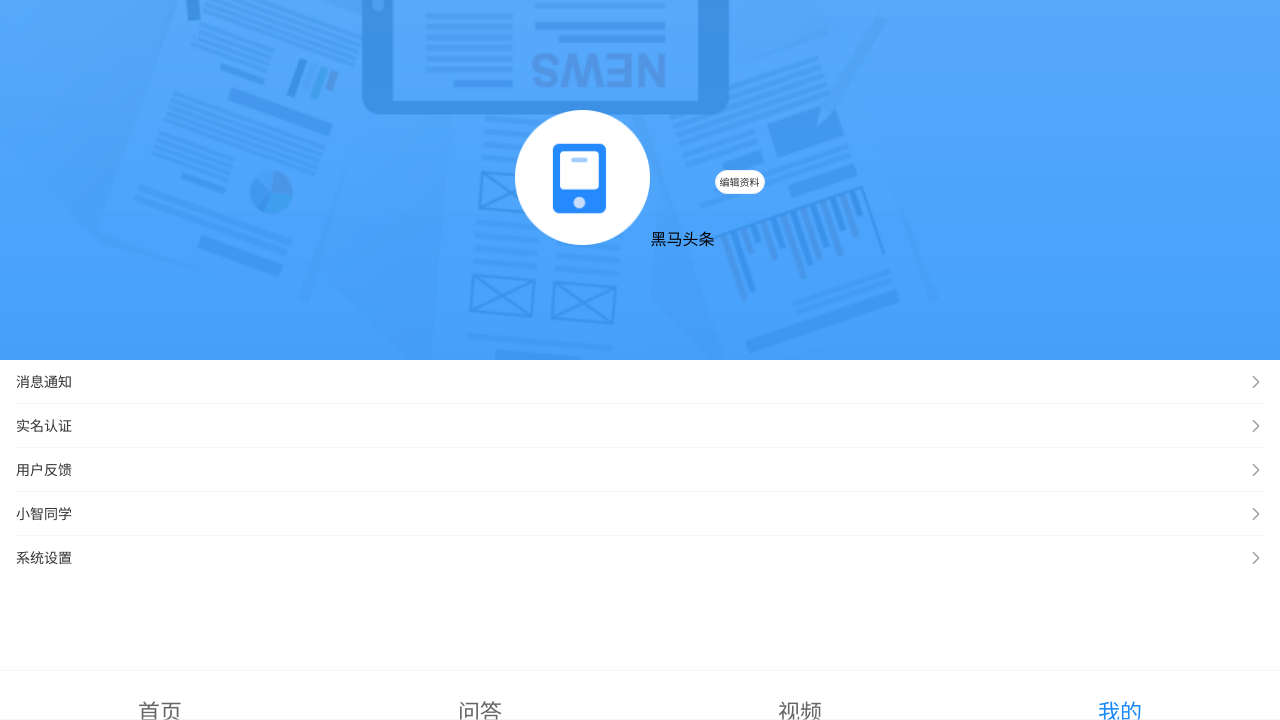
Repository: Tsukiau/yj-toutiao-m
Page: /#/my
An editor plug-in stored every save of this project. The page is shown before and after a run of saves, followed by the edit.
The browser window is 1280 px wide. The pictures show the whole page.
Some web fonts or font styles are not loaded; a fallback is used. The project was rebuilt for these pictures with package versions that can differ from the ones it lists, and the page was loaded fresh each time. Also part of the build but not shown: vue.config.js.

Above is the page before, as saved 2022-11-06 14:45:50.

### src/main.js
import Vue from 'vue'
import App from './App.vue'
import router from './router'
import store from './store'

import Vant from 'vant'
import 'vant/lib/index.css'
import 'amfe-flexible'

// 导入全局的样式文件
import './css/index.css'
Vue.use(Vant)
Vue.config.productionTip = false

new Vue({
  router,
  store,
  render: h => h(App)
}).$mount('#app')

### src/App.vue
<template>
  <div id="app">
    <router-view></router-view>
  </div>
</template>

<style lang="less">
</style>

### src/router/index.js
import Vue from 'vue'
import VueRouter from 'vue-router'

Vue.use(VueRouter)

const routes = [
  {
    path: '/',
    redirect: '/layout'
  },
  {
    path: '/login',
    name: 'login',
    component: () => import('@/views/login')
  },
  {
    path: '/layout',
    name: 'layout',
    component: () => import('@/views/layout'),
    children: [
      {
        path: '/home',
        name: 'home',
        component: () => import('@/views/home')
      },
      {
        path: '/my',
        name: 'my',
        component: () => import('@/views/my')
      },
      {
        path: '/ask',
        name: 'ask',
        component: () => import('@/views/ask')
      },
      {
        path: '/video',
        name: 'video',
        component: () => import('@/views/video')
      }
    ]
  },

]

const router = new VueRouter({
  routes
})

export default router

### src/store/index.js
import Vue from 'vue'
import Vuex from 'vuex'

import user from './modules/user'
Vue.use(Vuex)

export default new Vuex.Store({
   modules: {
     user
   }

})

### src/css/index.css
@font-face {
  font-family: "iconfont";
  /* Project id 3671134 */
  src: url('//at.alicdn.com/t/c/font_3671134_2emfzv8sq1v.woff2?t=1664107686856') format('woff2'), url('//at.alicdn.com/t/c/font_3671134_2emfzv8sq1v.woff?t=1664107686856') format('woff'), url('//at.alicdn.com/t/c/font_3671134_2emfzv8sq1v.ttf?t=1664107686856') format('truetype');
}
.iconfont {
  font-family: "iconfont" !important;
  font-size: 16px;
  font-style: normal;
  -webkit-font-smoothing: antialiased;
  -moz-osx-font-smoothing: grayscale;
}
.icon-fenxiang:before {
  content: "\e60a";
}
.icon-zuopin:before {
  content: "\e60b";
}
.icon-pinglun1:before {
  content: "\e60c";
}
.icon-guanbi:before {
  content: "\e60d";
}
.icon-gengduo:before {
  content: "\e60e";
}
.icon-shanchu:before {
  content: "\e60f";
}
.icon-shouye1:before {
  content: "\e610";
}
.icon-shoucang:before {
  content: "\e611";
}
.icon-shouji1:before {
  content: "\e612";
}
.icon-zuojiantou:before {
  content: "\e613";
}
.icon-sousuo:before {
  content: "\e614";
}
.icon-dianzan:before {
  content: "\e615";
}
.icon-wenda:before {
  content: "\e616";
}
.icon-wuwangluo1:before {
  content: "\e617";
}
.icon-fenxiang1:before {
  content: "\e618";
}
.icon-dianzan2:before {
  content: "\e619";
}
.icon-shipin:before {
  content: "\e61a";
}
.icon-yanzhengma:before {
  content: "\e61b";
}
.icon-lishi1:before {
  content: "\e61c";
}
.icon-wode:before {
  content: "\e61d";
}
.icon-youjiantou:before {
  content: "\e61e";
}
.icon-zuopin1:before {
  content: "\e61f";
}
.icon-yuedu:before {
  content: "\e620";
}
.icon-pinglun:before {
  content: "\e601";
}
.icon-lishi:before {
  content: "\e602";
}
.icon-shouye:before {
  content: "\e603";
}
.icon-shouji:before {
  content: "\e604";
}
.icon-wuwangluo:before {
  content: "\e605";
}
.van-nav-bar {
  background-color: #3296fa;
}
.van-nav-bar /deep/ .van-nav-bar__title {
  color: #fff;
}

### src/views/layout/index.vue
<template>
  <div class="layout-container">

    <!-- 标签导航栏 -->
    <van-tabbar class="layout-tabbar"  route>
      <van-tabbar-item to="/">
        <i slot="icon" class="iconfont icon-shouye"></i>
        <span class="text">首页</span>
      </van-tabbar-item >
      <!--  -->
      <van-tabbar-item to="/ask">
        <i slot="icon" class="iconfont icon-wenda"></i>
        <span class="text">问答</span>
      </van-tabbar-item>
      <!--  -->
      <van-tabbar-item to="/video">
        <i slot="icon" class="iconfont icon-shipin"></i>
        <span class="text">视频</span>
      </van-tabbar-item>
      <!--  -->
      <van-tabbar-item to="/my">
        <i slot="icon" class="iconfont icon-wode"></i>
        <span class="text">我的</span>
      </van-tabbar-item>
    </van-tabbar>
    <router-view />
  </div>
</template>

<script>
export default {
  name: 'layou',
  data() {
    return {
    }
  }
}
</script>

<style lang="less" scoped>
.layout-container {
  .layout-tabbar {
    i.iconfont {
      font-size: 30px;
    }
    span.text {
      font-size: 22px;
    }
  }
}
</style>

### src/views/my/index.vue
<template>
  <div class="my-container">
    <div class="header userInfo">
      <div class="left">
        <img
        class="mobile-img"
        src="~@/assets/mobile.png"
        @click="$router.push('/login')"
      >
      <span class="name">黑马头条</span>
      </div>
     <div class="right">
      <van-button type="default" size="mini" round>编辑资料</van-button>
     </div>
    </div>
    <!--  -->
    <div class="data"></div>
    <!--  -->
    <div class="grid-nav"></div>
    <van-cell title="消息通知" is-link url="" />
    <van-cell title="实名认证" is-link url="" />
    <van-cell title="用户反馈" is-link url="" />
    <van-cell title="小智同学" is-link url="" />
    <van-cell title="系统设置" is-link url="" />
  </div>
</template>

<script>
export default {
  name: 'MyIndex',
  components: {},
  props: {},
  data () {
    return {}
  },
  computed: {},
  watch: {},
  created () {},
  mounted () {},
  methods: {}
}
</script>

<style scoped lang="less">
.my-container {
  > .header {
    height: 360px;
    background: url("~@/assets/banner.png") no-repeat;
    background-size: cover;
    display: flex;
    justify-content: center;
    align-items: center;
    .mobile-img {
      width: 135px;
      height: 135px;
    }
  }
}
</style>

### src/store/modules/user.js
import { getToken, setToken } from '@/utils/Cookies'
import {login } from '@/api/user'

const state = {
  token: getToken()
}
const mutations = {
  setToken(state, token) {
    state.token = token
    setToken(token)
  }
}
const actions = {
   async getLogin(context, data) {
    const {token} = await login(data)
    context.commit('setToken',token)

  }
}
export default {
  namespaced: true,
  state,
  mutations,
  actions

}

### src/api/user.js
import request from '@/utils/request'

// 发送短信验证码
export function getSms (mobile) {
  return request({
    method: 'GET',
    url: `/v1_0/sms/codes/${mobile}`
  })
}

/**
 * 用户登录
 */
export function login(data) {
  return request({
    method: 'POST',
    url: '/v1_0/authorizations',
    data
  })
}

### src/utils/Cookies.js
import Cookies from 'js-cookie'

const Token = 'Token'

export function getToken(){
   return Cookies.get(Token)
}

export function setToken(token){
    return Cookies.set(Token, token)
}

export function removeToken(){
    return Cookies.remove(Token)
}

### src/utils/request.js
import axios from 'axios'

const request = axios.create({
  baseURL: 'http://toutiao.itheima.net/',
  timeout: 5000
})

request.interceptors.response.use(response => {
  const { message, data } = response.data
  if (!message) return Promise.reject(new Error(message))
  return data
})

export default request

Loaded but not shown: public/index.html (common file)

After the next 4 saves:
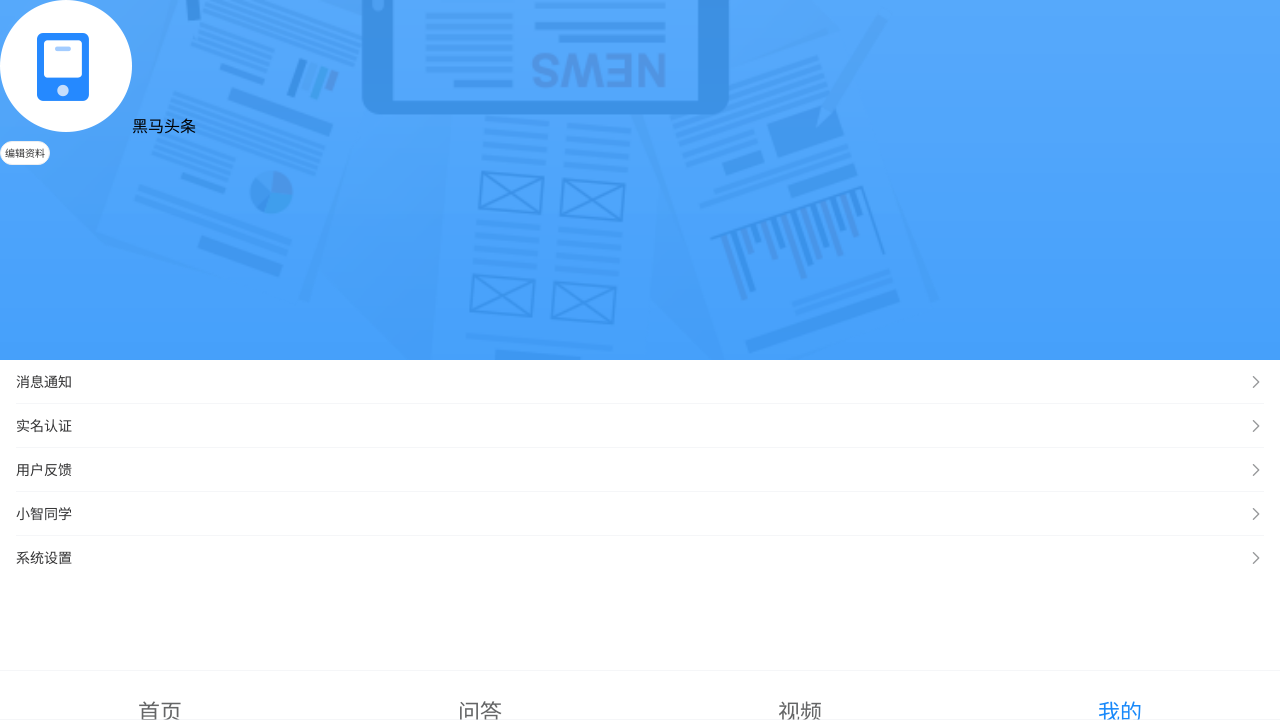
The 4 saves are shown as one change because they came seconds apart.
The last was saved 56 s later.
--- a/src/views/my/index.vue
+++ b/src/views/my/index.vue
@@ -47,9 +47,7 @@ export default {
     height: 360px;
     background: url("~@/assets/banner.png") no-repeat;
     background-size: cover;
-    display: flex;
-    justify-content: center;
-    align-items: center;
+    .user
     .mobile-img {
       width: 135px;
       height: 135px;
